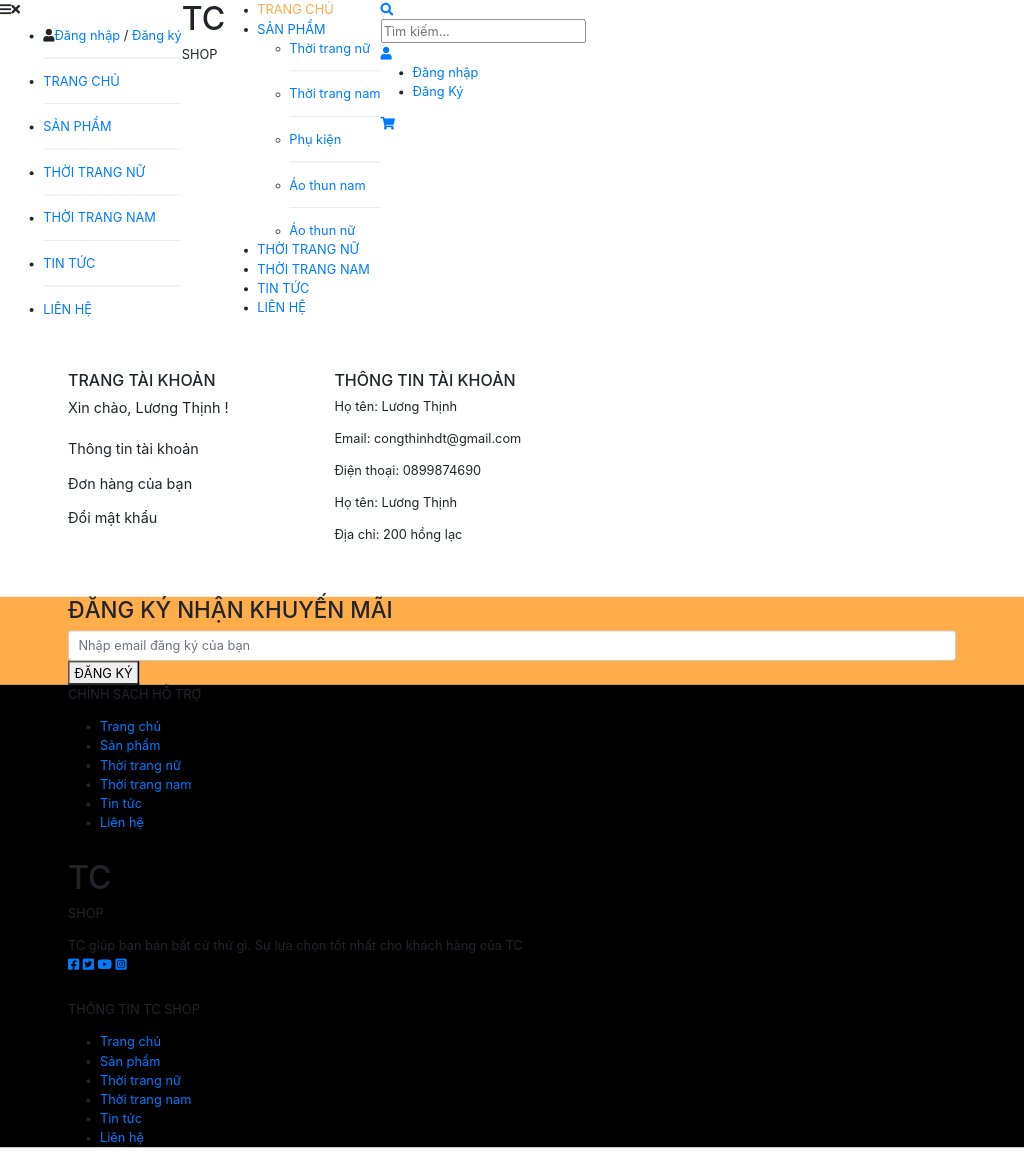
Repository: congthinh1701/TCshop
Page: ThongTinTaiKhoan.html
These files come from the project's save history. The page is drawn as it stood at one moment and after the next save; the edit follows.
The browser window is 1280 px wide. The pictures show the whole page, at 80% of full size.
The style sheet was rebuilt from its Sass, Less or Tailwind sources for each picture, by a compiler version that may differ from the author's.

Above is the page before, as saved 2021-09-08 17:10:55.

After the next save:
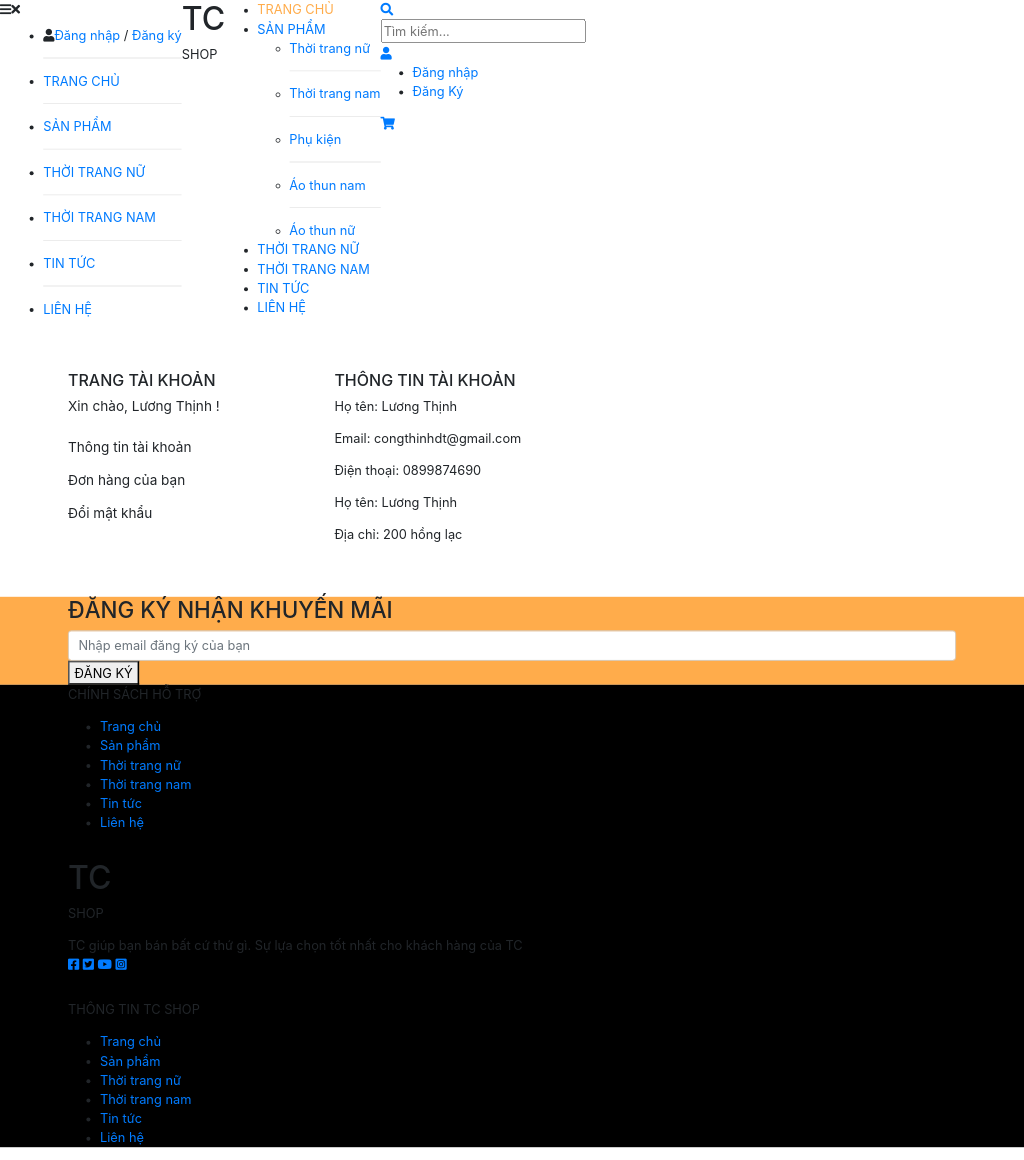
Saved 12 s later.
--- a/sass/style.scss
+++ b/sass/style.scss
@@ -1,5 +1,5 @@
 
-$text-fontSize:18px;
+$text-fontSize:17px;
 $text-fontSizeTK:22px;
 $fontWeight:500;
 
